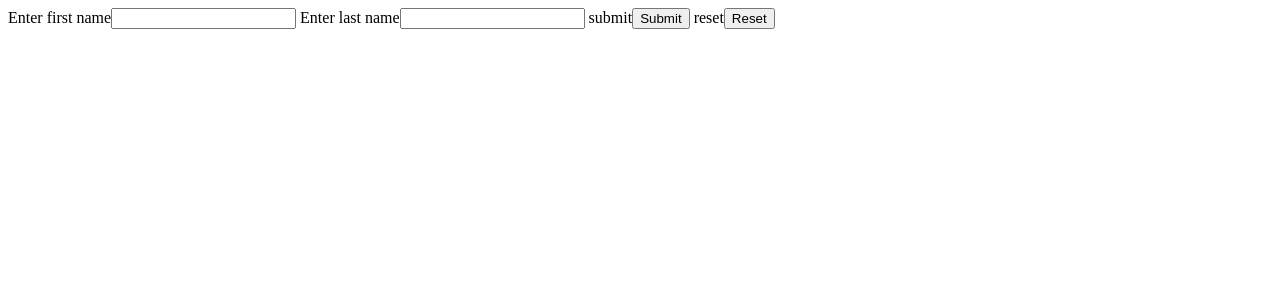
Repository: Bindu2296/allProjects
Page: FormsUsingServlets/WebContent/forms.html
An editor plug-in stored every save of this project. The page is shown before and after the next save, followed by the edit.
The browser window is 1280 px wide. The pictures show the whole page.

Above is the page before, as saved 2019-03-25 10:28:19.

### FormsUsingServlets/WebContent/forms.html
<!DOCTYPE html>
<html>
<head>
<meta charset="ISO-8859-1">
<title>Insert title here</title>
</head>
<body>
<form action="">
<label>Enter first name</label><input name="firstname" type="text"/>
<label>Enter last name</label><input name="lastname" type="text"/>
<label> submit</label><input type="submit"/>
<label>reset</label><input type="reset"/>


</form>
</body>
</html>

After the next save:
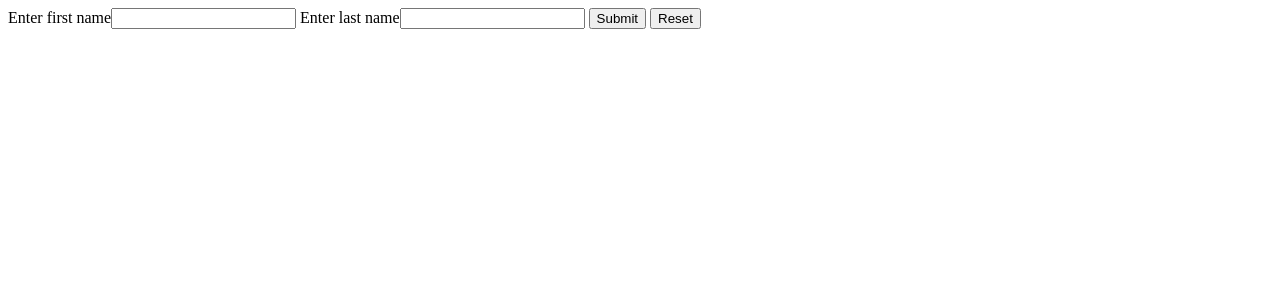
Saved 45 s later.
--- a/FormsUsingServlets/WebContent/forms.html
+++ b/FormsUsingServlets/WebContent/forms.html
@@ -8,8 +8,8 @@
 <form action="">
 <label>Enter first name</label><input name="firstname" type="text"/>
 <label>Enter last name</label><input name="lastname" type="text"/>
-<label> submit</label><input type="submit"/>
-<label>reset</label><input type="reset"/>
+<input type="submit"/>
+<input type="reset"/>
 
 
 </form>
